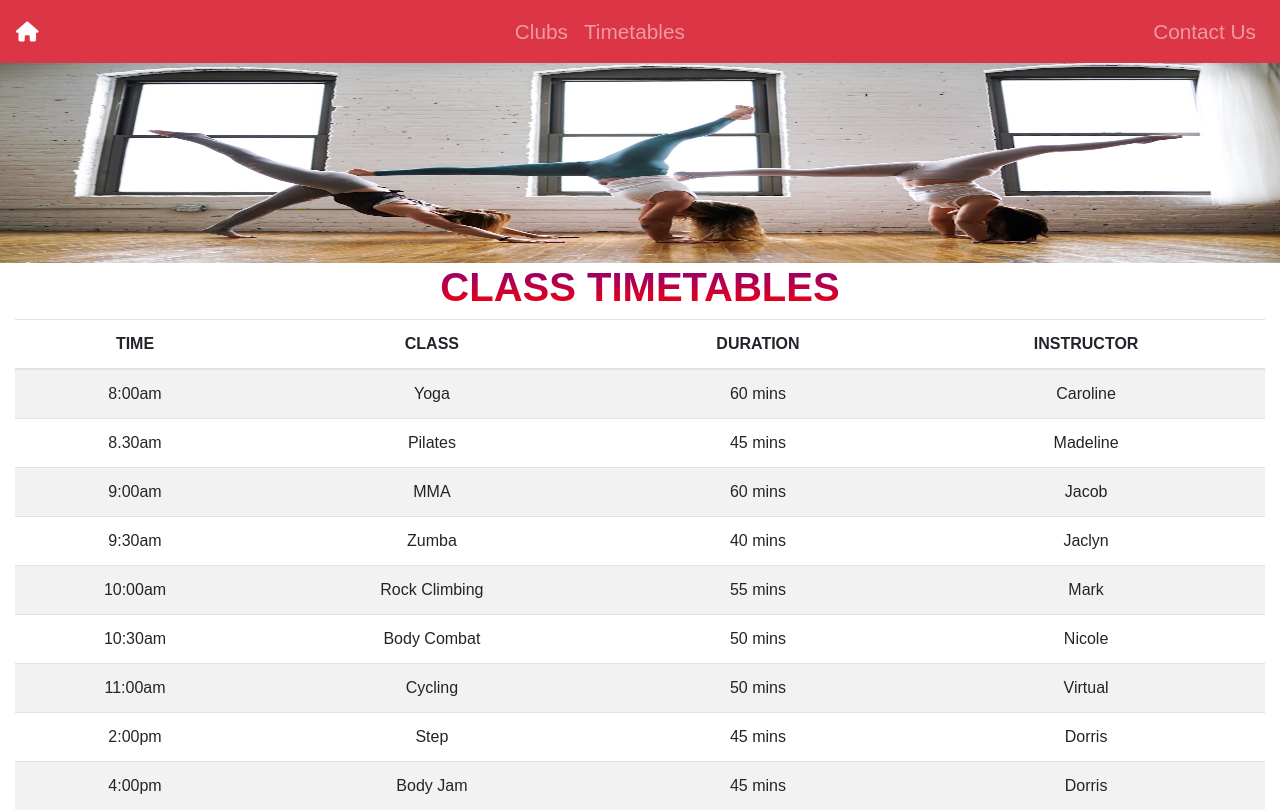
Repository: KJY93/User_Centric_Frontend_Development_Project
Page: timetables.html
The author's editor kept a record of every edit. The page is drawn from the files as they stood at one moment, then again after the next edit.
The browser window is 1280 px wide. The pictures show the whole page.
Some web fonts or font styles are not loaded; a fallback is used. Some web libraries are served in a nearby version.

Above is the page before.

After the next edit:
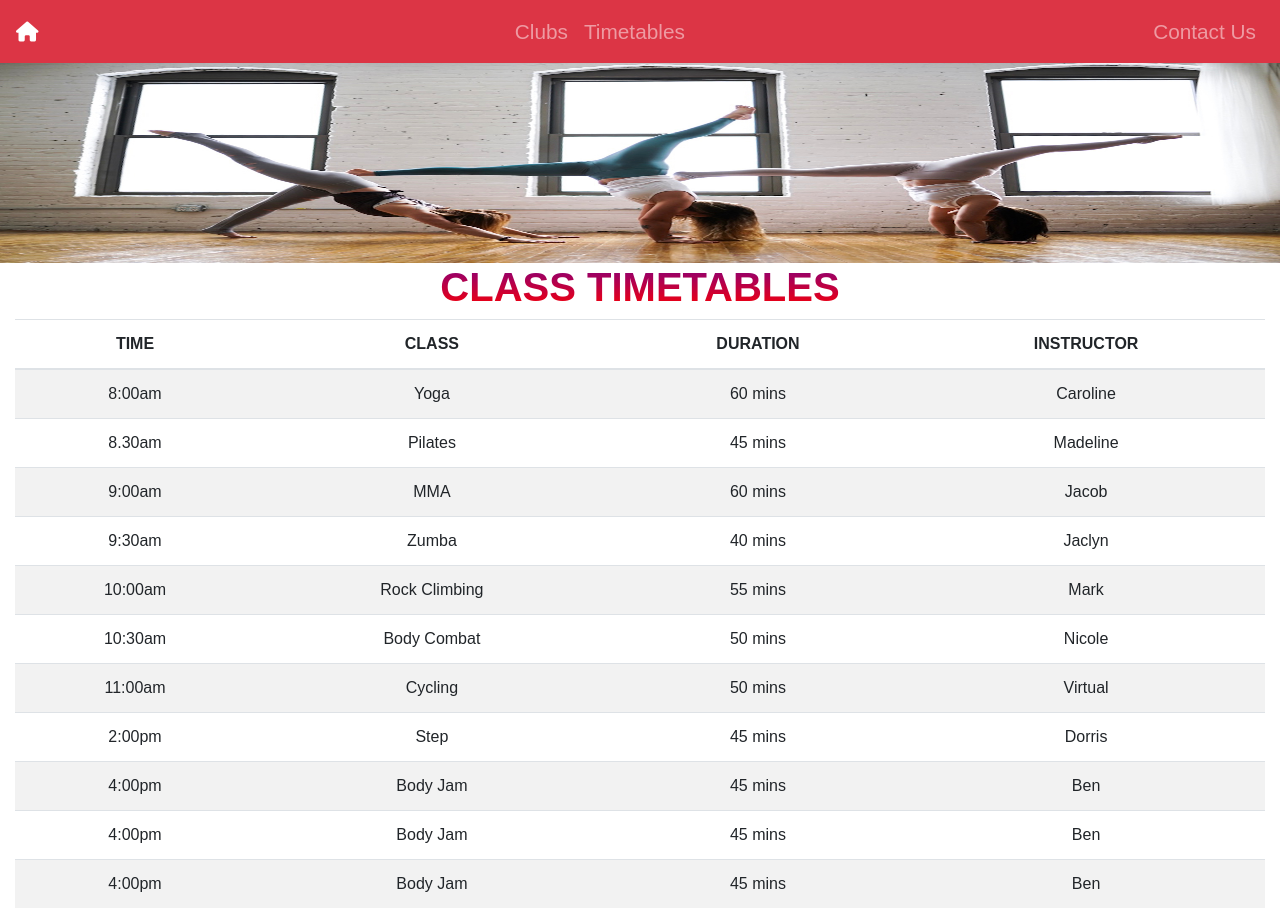
The edit:
--- a/timetables.html
+++ b/timetables.html
@@ -125,7 +125,19 @@
                             <td>4:00pm</td>
                             <td>Body Jam</td>
                             <td>45 mins</td>
-                            <td>Dorris</td>
+                            <td>Ben</td>
+                        </tr>
+                        <tr>
+                            <td>4:00pm</td>
+                            <td>Body Jam</td>
+                            <td>45 mins</td>
+                            <td>Ben</td>
+                        </tr>
+                        <tr>
+                            <td>4:00pm</td>
+                            <td>Body Jam</td>
+                            <td>45 mins</td>
+                            <td>Ben</td>
                         </tr>
                     </tbody>
                 </table>
